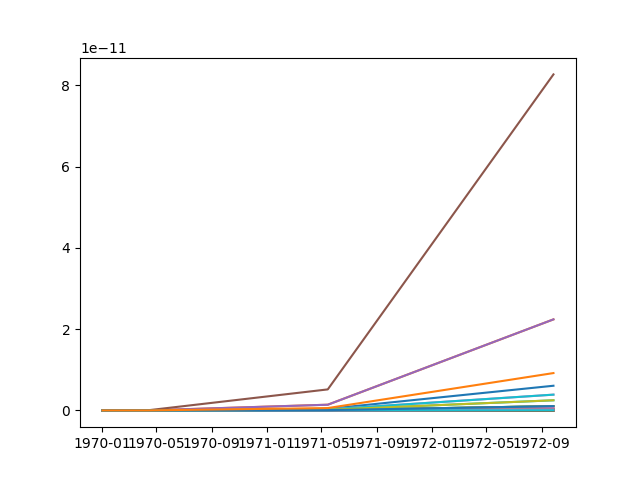
Repository: MichaelCullen2011/QuantumAndNeutrinos
Script's output: python neutrinos.py
The author's editor kept a copy of each file at every save. The script's output is drawn from the files as they stood at one save, then again after the next save.
Random numbers start from a fixed seed.

Above is the script's output before, as saved 2021-06-02 10:07:23.

After the next save:
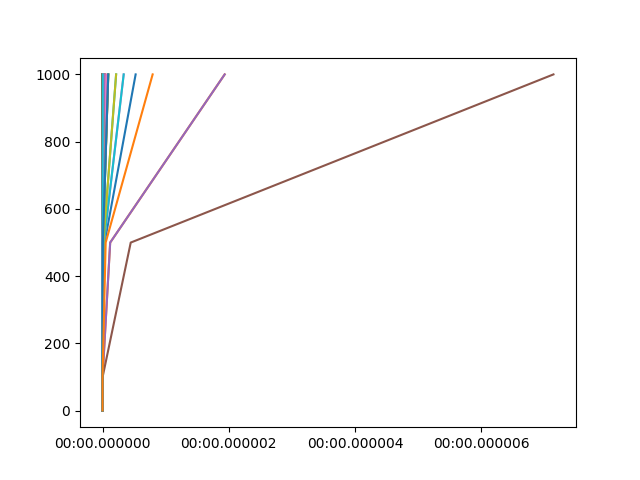
Saved 23 s later.
--- a/neutrinos.py
+++ b/neutrinos.py
@@ -376,5 +376,5 @@ for energy in energy_list:
     print("Average Prob: ", np.average(all_values))
     energy_reactions[energy] = all_values
 
-plt.plot_date(energy_reactions.keys(), energy_reactions.values(), '-')
+plt.plot_date(energy_reactions.values(), energy_reactions.keys(), '-')
 plt.show()
